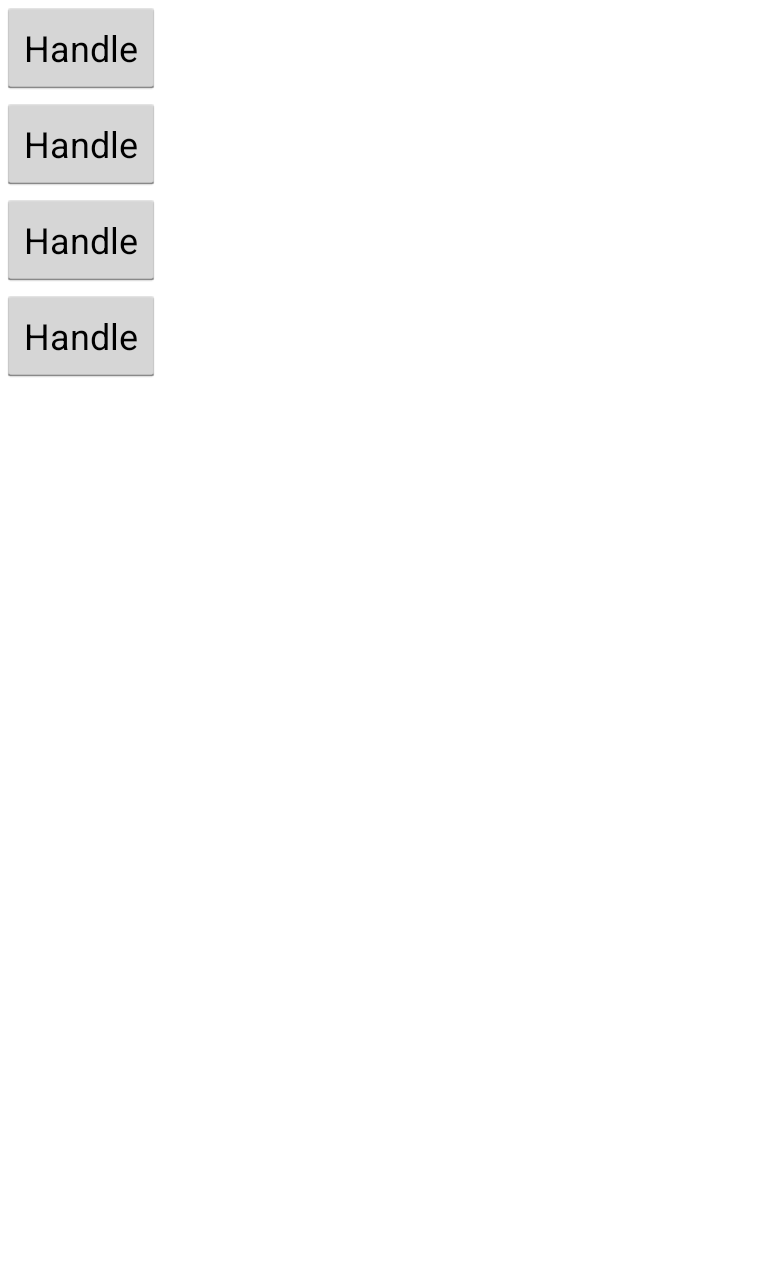
Repository: pcombi/android_dev
Layout: ExampleApp/res/layout/sliding.xml
An editor plug-in stored every save of this project. The layout is shown before and after the next save, followed by the edit.
It is drawn on a 768 x 1280 px phone screen (xhdpi) without system bars, with theme AppTheme; the app's code is not run.

Above is the layout before, as saved 2012-12-24 20:23:13.

After the next save:
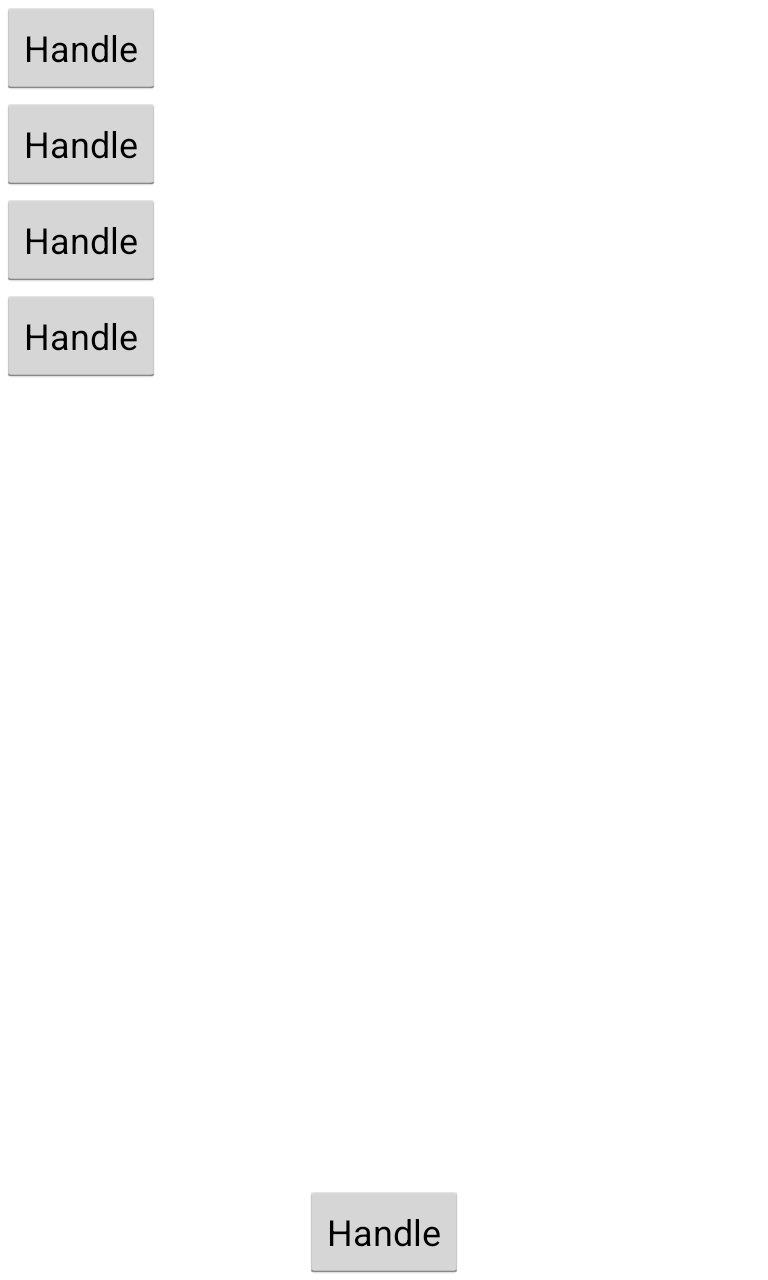
Saved 65 s later.
--- a/ExampleApp/res/layout/sliding.xml
+++ b/ExampleApp/res/layout/sliding.xml
@@ -1,24 +1,37 @@
 <?xml version="1.0" encoding="utf-8"?>
-<LinearLayout xmlns:android="http://schemas.android.com/apk/res/android"
+<FrameLayout xmlns:android="http://schemas.android.com/apk/res/android"
     android:layout_width="match_parent"
-    android:layout_height="match_parent"
-    android:orientation="vertical" >
-    <Button android:layout_width="wrap_content"
-        android:layout_height="wrap_content"
-        android:text="Handle"
-        android:id="@+id/handle1"/>
-    <Button android:layout_width="wrap_content"
-        android:layout_height="wrap_content"
-        android:text="Handle"
-        android:id="@+id/handle2"/>
-    <Button android:layout_width="wrap_content"
-        android:layout_height="wrap_content"
-        android:text="Handle"
-        android:id="@+id/handle3"/>
-    <Button android:layout_width="wrap_content"
-        android:layout_height="wrap_content"
-        android:text="Handle"
-        android:id="@+id/handle4"/>
+    android:layout_height="match_parent" >
+
+    <LinearLayout
+        xmlns:android="http://schemas.android.com/apk/res/android"
+        android:layout_width="match_parent"
+        android:layout_height="match_parent"
+        android:orientation="vertical" >
+
+        <Button
+            android:id="@+id/handle1"
+            android:layout_width="wrap_content"
+            android:layout_height="wrap_content"
+            android:text="Handle" />
+
+        <Button
+            android:id="@+id/handle2"
+            android:layout_width="wrap_content"
+            android:layout_height="wrap_content"
+            android:text="Handle" />
+
+        <Button
+            android:id="@+id/handle3"
+            android:layout_width="wrap_content"
+            android:layout_height="wrap_content"
+            android:text="Handle" />
+
+        <Button
+            android:id="@+id/handle4"
+            android:layout_width="wrap_content"
+            android:layout_height="wrap_content"
+            android:text="Handle" />
     </LinearLayout>
 
     <SlidingDrawer
@@ -46,3 +59,5 @@
                 android:text="CheckBox" />
         </LinearLayout>
     </SlidingDrawer>
+
+</FrameLayout>
